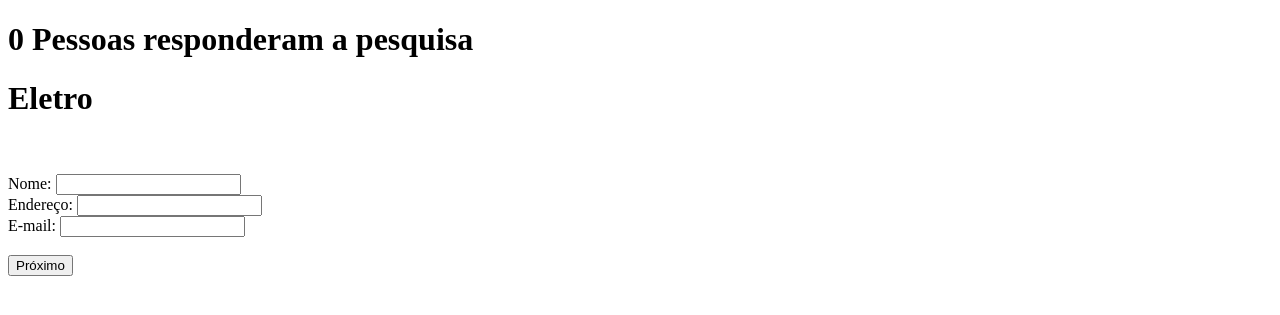
Repository: lucas-zanette/Treinamentos
Page: http://localhost/Censo2018_BD/eletro.jsp
The author's editor kept a copy of each file at every save. The page is drawn from the files as they stood at one save, then again after the next save.
The browser window is 1280 px wide. The pictures show the whole page.
The page is served by Tomcat 9. Other server files are loaded and not shown. Queries for data that is not in the repository find no rows.

Above is the page before, as saved 2018-01-22 22:17:41.

### JEE-Jan2018/Censo2018_BD/WebContent/eletro.jsp
<%@page import="control.BD_Gerenciado"%>
<%@page import="java.sql.ResultSet"%>
<%@page import="java.sql.SQLException"%>
<%@page import="java.sql.PreparedStatement"%>
<%@page import="control.BdFactory"%>
<%@page import="java.sql.Connection"%>
<%@page import="control.Sessao"%>
<%@ page language="java" contentType="text/html; charset=UTF-8"
	pageEncoding="UTF-8"%>
<!DOCTYPE html PUBLIC "-//W3C//DTD HTML 4.01 Transitional//EN" "http://www.w3.org/TR/html4/loose.dtd">
<%@ taglib prefix="tl" uri="WEB-INF/definicaoTagsAux.tld" %>
<html>
<head>
<meta http-equiv="Content-Type" content="text/html; charset=UTF-8">
<title>Insert title here</title>
</head>

<body>

	<%
		//gravar os dados da pessoa
		//Connection con = BdFactory.getInstance().getConnection();

		Connection con = BD_Gerenciado.getConnection();

		PreparedStatement ps;
		try {
			ps = con.prepareStatement("insert into Pessoas(nome, endereco, email) values(?, ?, ?)");
			ps.setString(1, request.getParameter("nome"));
			ps.setString(2, request.getParameter("endereco"));
			ps.setString(3, request.getParameter("email"));

			ps.execute();

		} catch (SQLException e) {
			// TODO Auto-generated catch block
			e.printStackTrace();
		}

		//resgata ultimo codigo da pessoa
		ps = con.prepareStatement("select last_insert_id()");
		ResultSet rs = ps.executeQuery();
		int codPessoa = 0;
		if (rs.next()) {
			codPessoa = rs.getInt(1);
		}

		//salva na sessao o codigo da pessoa
		session.setAttribute("cod", new Integer(codPessoa));

		ps.close();
		con.close();
	%>

	<tl:MinhaTag />

	<form method="POST" action="Pet.jsp">
	<H1>Eletro</H1>
	<br>
	<br>
	Nome: <input type="text" size="20" name="nome"><br>
	Endereço: <input type="text" size="20" name="endereco"><br>
	E-mail: <input type="text" size="20" name="email"><br>
	<br>

	<INPUT TYPE=submit name=submit value="Próximo">
	</form>

</body>
</html>

### JEE-Jan2018/Censo2018_BD/src/taglibs/MinhaTag.java
package taglibs;

import java.io.IOException;
import java.sql.Connection;
import java.sql.PreparedStatement;
import java.sql.ResultSet;
import java.sql.SQLException;

import javax.servlet.jsp.JspWriter;
import javax.servlet.jsp.tagext.SimpleTagSupport;

import control.BD_Gerenciado;

public class MinhaTag extends SimpleTagSupport {

	public void doTag() throws IOException {
		JspWriter out = getJspContext().getOut();



		Connection con = BD_Gerenciado.getConnection();

		PreparedStatement ps;
		try {
			ps = con.prepareStatement("select count(*) Pessoas");
			ResultSet rs = ps.executeQuery();
			int count = 0;
			if (rs.next()) {
				count += 1;
			}

			out.println("<H1>" + count + " Pessoas responderam a pesquisa</H1>");

		} catch (SQLException e1) {
			// TODO Auto-generated catch block
			e1.printStackTrace();
		}
	}
}

### JEE-Jan2018/Censo2018_BD/src/control/BD_Gerenciado.java
package control;

import java.sql.Connection;
import java.sql.SQLException;

import javax.naming.InitialContext;
import javax.naming.NamingException;
import javax.sql.DataSource;

public class BD_Gerenciado {

	public static Connection getConnection(){

		InitialContext iniCtx;

		try {
			iniCtx = new InitialContext();
			DataSource ds = (DataSource) iniCtx.lookup("java:/comp/env/jdbc/exemplo-ds");
			Connection conn = ds.getConnection();
			return conn;

		} catch (NamingException | SQLException e) {
			// TODO Auto-generated catch block
			e.printStackTrace();
		}

		return null;

	}

}

After the next save:
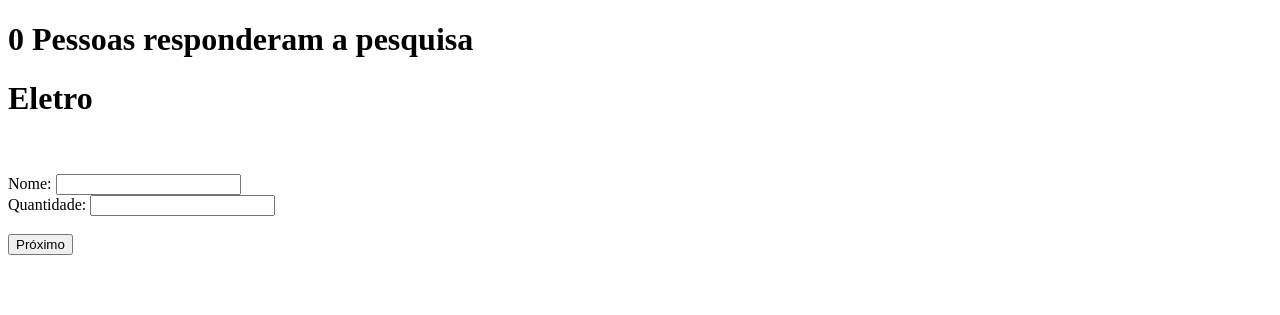
Saved 2 min 8 s later.
--- a/JEE-Jan2018/Censo2018_BD/WebContent/eletro.jsp
+++ b/JEE-Jan2018/Censo2018_BD/WebContent/eletro.jsp
@@ -59,8 +59,7 @@
 	<br>
 	<br>
 	Nome: <input type="text" size="20" name="nome"><br>
-	Endereço: <input type="text" size="20" name="endereco"><br>
-	E-mail: <input type="text" size="20" name="email"><br>
+	Quantidade: <input type="text" size="20" name="qtd"><br>
 	<br>
 
 	<INPUT TYPE=submit name=submit value="Próximo">
